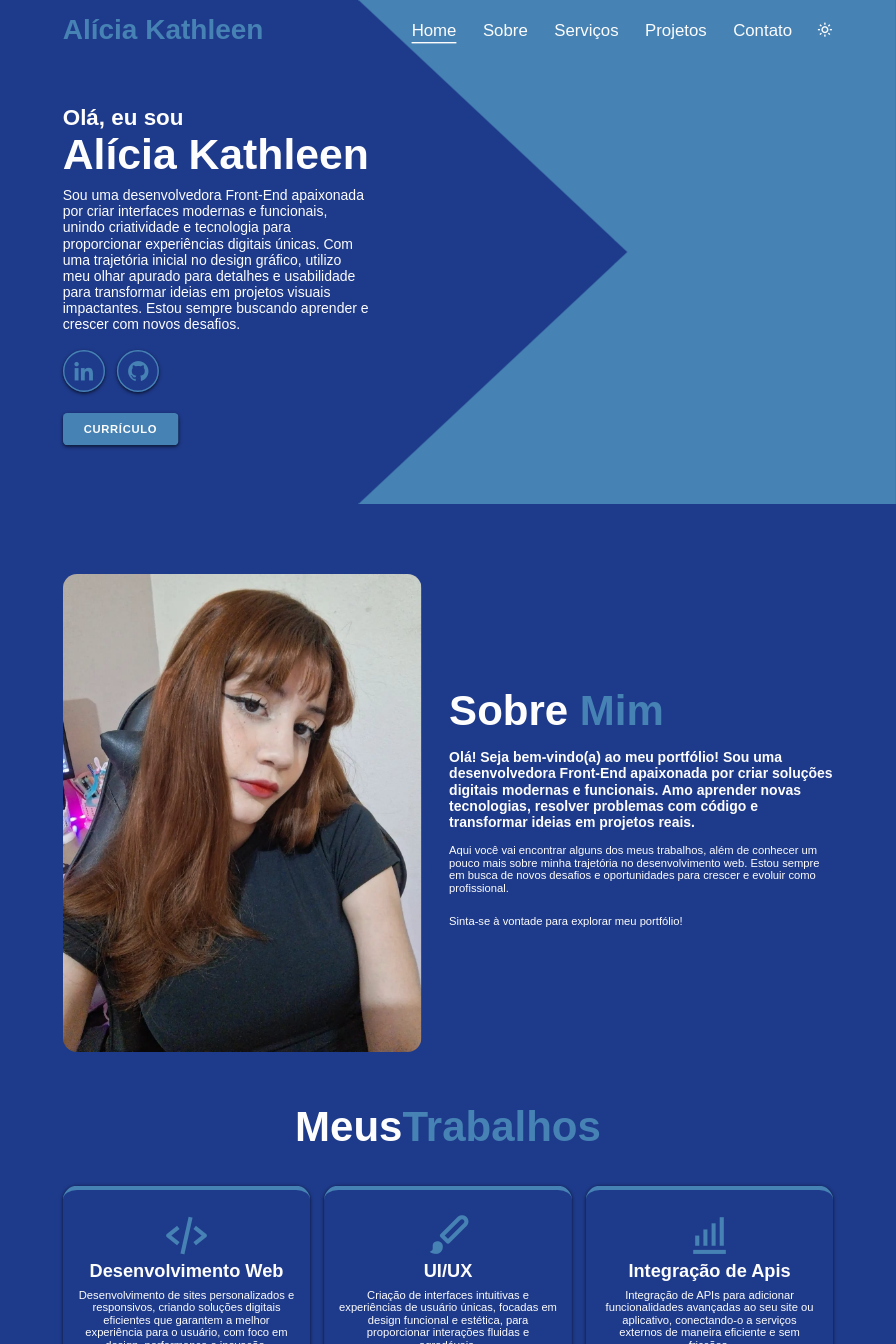
Repository: AliciaKathleen/portfolio-2025
Page: index.html
These files come from the project's save history. The page is drawn as it stood at one moment and after the next save; the edit follows.
The browser window is 1280 px wide. The pictures show the part of the page from y = 0 to 1920 px (the page is 3946 px tall), at 70% of full size.
Empty fields were first filled with sample values (such as "Sample", 5 or name@example.com).
After loading, the first visible `#darkMode-icon` was clicked once.

Above is the page before, as saved 2025-01-27 16:59:05.
Console error: TypeError: Cannot read properties of null (reading 'classList')

After the next save:
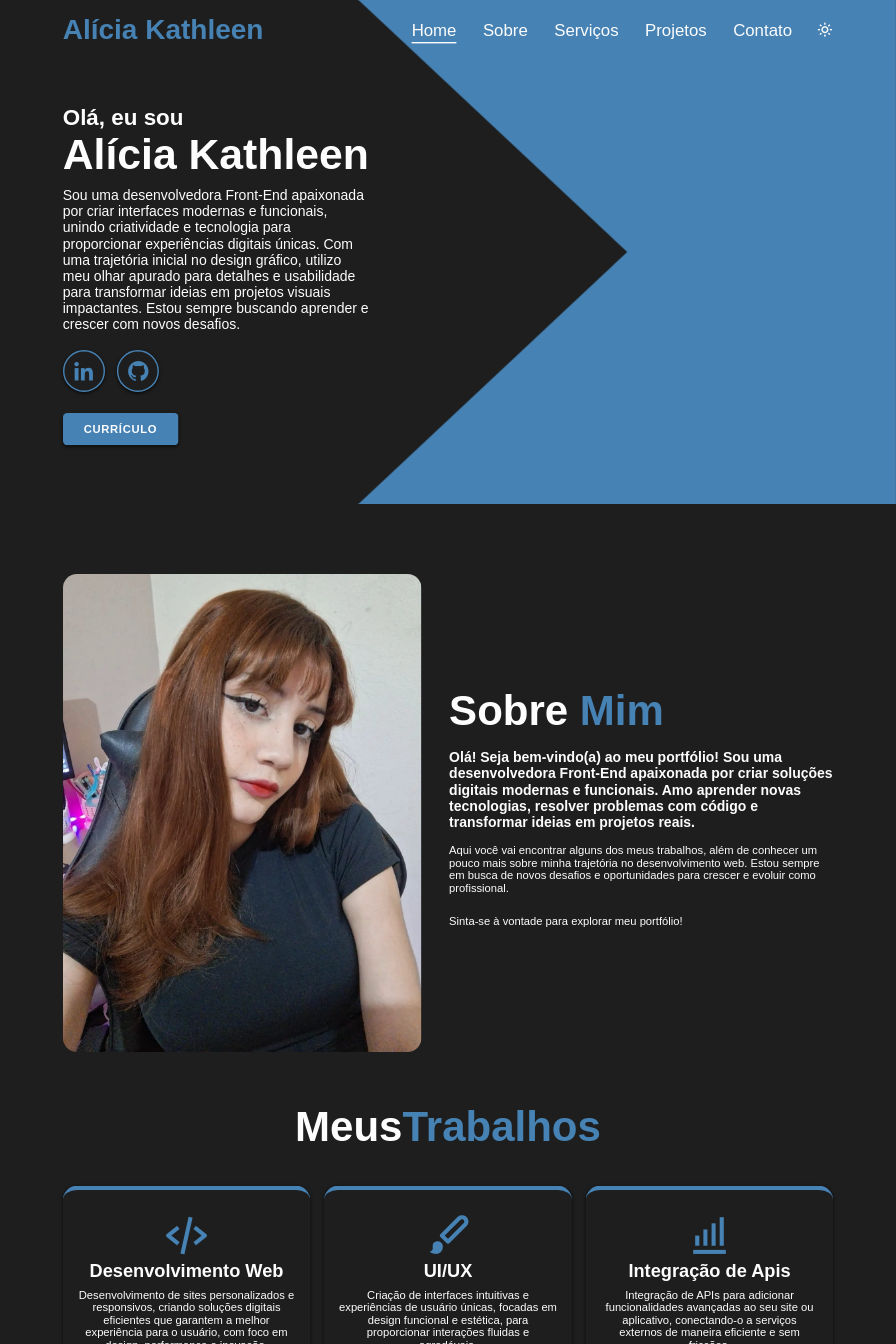
Saved 7 s later.
--- a/style.css
+++ b/style.css
@@ -23,7 +23,7 @@
 }
 
 .dark-mode {
-    --bg-color: #1E3A8A;
+    --bg-color: #1E1E1E;
     --text-color: #fdfdfd;
     --shadow-color: rgba(0, 0, 0, .7);
 }
